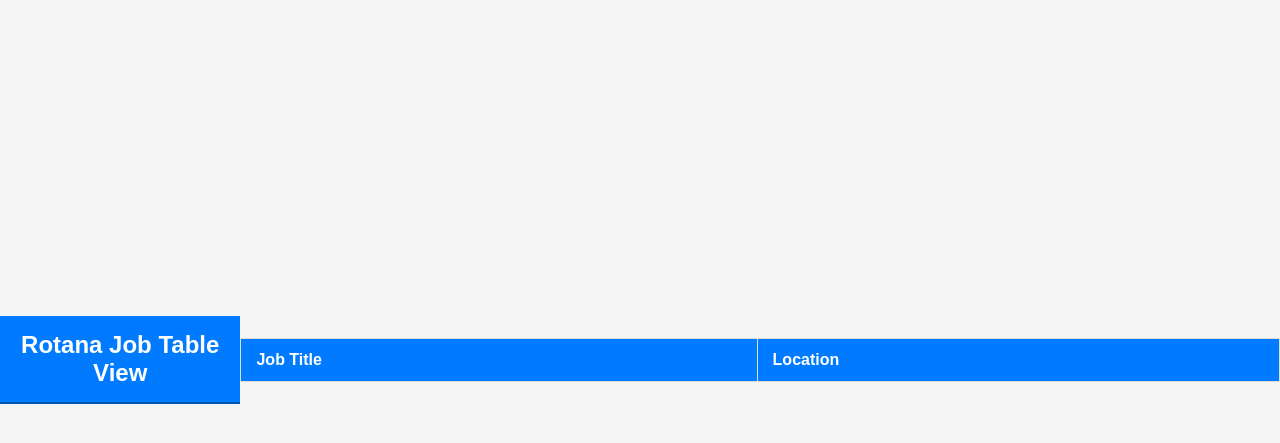
Repository: Reham28/RotanaJobs
Page: public/index.html
The author's editor kept a copy of each file at every save. The page is drawn from the files as they stood at one save, then again after the next save.
The browser window is 1280 px wide. The pictures show the whole page.
The page's requests for data from a server got no answer.

Above is the page before, as saved 2023-09-16 18:29:16.

### public/index.html
<!DOCTYPE html>
<html lang="en">
<head>
  <meta charset="UTF-8">
  <meta name="viewport" content="width=device-width, initial-scale=1.0">
  <title>Rotana Job Table View</title>
  <link rel="stylesheet" href="style.css">
</head>
<body>
  <h1>Rotana Job Table View</h1>
  <table id="jobTable">
    <thead>
      <tr>
        <th>Job Title</th>
        <th>Location</th>
      </tr>
    </thead>
    <tbody></tbody>
  </table>

  <script src="app.js"></script>
</body>
</html>

### public/style.css
body {
    font-family: Arial, sans-serif;
  }

  h1 {
    text-align: center;
  }

  table {
    border-collapse: collapse;
    width: 50%;
    margin: 0 auto;
  }

  th, td {
    border: 1px solid #ddd;
    padding: 8px;
    text-align: left;
  }

  tr:nth-child(even) {
    background-color: #f2f2f2;
  }

  #map {
    height: 500px;
    width: 80%;
    margin: 0 auto;
  }

  body {
    font-family: Arial, sans-serif;
    background-color: #f5f5f5;
    margin: 0;
    display: flex;
    justify-content: center;
    align-items: center;
    height: 100vh;
  }

  .container {
    background-color: #fff;
    border-radius: 10px;
    box-shadow: 0 0 20px rgba(0, 0, 0, 0.1);
    overflow: hidden;
  }

  h1 {
    text-align: center;
    background-color: #007bff;
    color: #fff;
    margin: 0;
    padding: 15px;
    font-size: 24px;
    border-bottom: 2px solid #0056b3;
  }

  table {
    border-collapse: collapse;
    width: 100%;
  }

  th, td {
    padding: 12px 15px;
    text-align: left;
  }

  th {
    background-color: #007bff;
    color: #fff;
  }

  tr:nth-child(even) {
    background-color: #f2f2f2;
  }

  tr:hover {
    background-color: #ddd;
  }

### public/app.js
document.addEventListener('DOMContentLoaded', () => {
    const jobTable = document.getElementById('jobTable').getElementsByTagName('tbody')[0];

    fetch('/jobs')
      .then(response => response.json())
      .then(data => {
        data.forEach(job => {
          const row = jobTable.insertRow();
          const titleCell = row.insertCell(0);
          const locationCell = row.insertCell(1);

          titleCell.innerText = job.title;
          locationCell.innerText = job.location;
        });
      })
      .catch(error => console.error('Error:', error));
  });

After the next save:
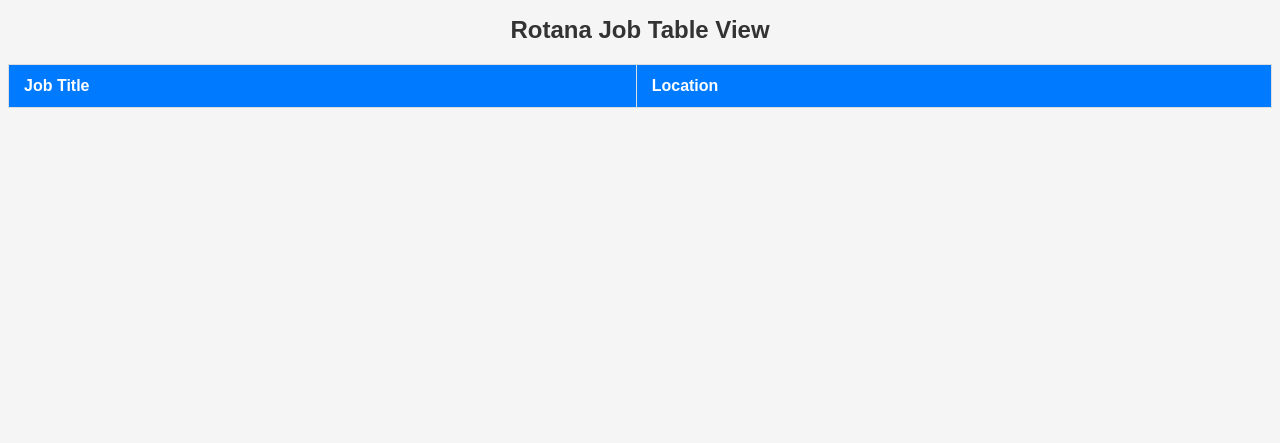
Saved 81 s later.
--- a/public/style.css
+++ b/public/style.css
@@ -31,33 +31,29 @@
   body {
     font-family: Arial, sans-serif;
     background-color: #f5f5f5;
-    margin: 0;
-    display: flex;
-    justify-content: center;
-    align-items: center;
-    height: 100vh;
   }
 
   .container {
     background-color: #fff;
     border-radius: 10px;
     box-shadow: 0 0 20px rgba(0, 0, 0, 0.1);
-    overflow: hidden;
+    padding: 20px;
+    max-width: 800px;
+    margin: 20px auto;
   }
 
   h1 {
     text-align: center;
-    background-color: #007bff;
-    color: #fff;
-    margin: 0;
-    padding: 15px;
     font-size: 24px;
-    border-bottom: 2px solid #0056b3;
+    color: #333;
   }
 
   table {
+    width: 100%;
     border-collapse: collapse;
-    width: 100%;
+    margin-top: 20px;
+    background-color: #f9f9f9;
+    border-radius: 10px;
   }
 
   th, td {
